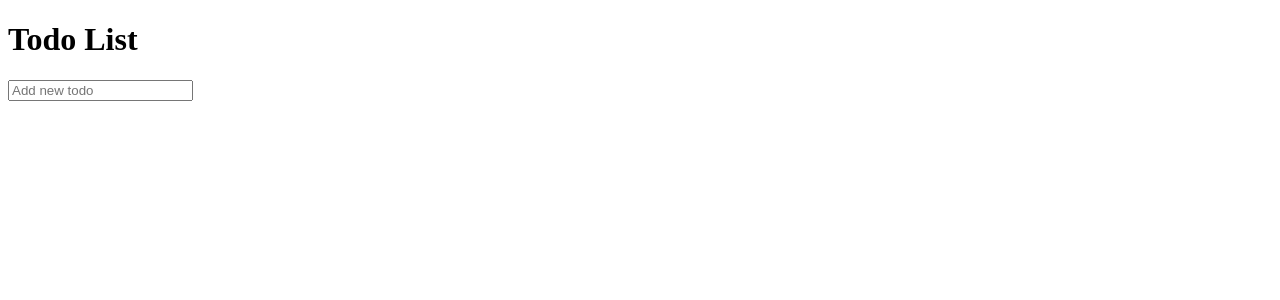
Repository: Tobby004/Todo-assignment
Page: / (app in todo-list-app/)
These files come from the project's save history. The page is drawn as it stood at one moment and after the next save; the edit follows.
The browser window is 1280 px wide. The pictures show the whole page.
The project was rebuilt for these pictures with package versions that can differ from the ones it lists, and the page was loaded fresh each time. Also part of the build but not shown: todo-list-app/vue.config.js.

Above is the page before, as saved 2023-12-06 15:41:54.

### todo-list-app/src/App.vue
<template>
  <div id="app">
    <h1>Todo List</h1>
    <input v-model="newTodo" @keyup.enter="addTodo" placeholder="Add new todo" class="input-field">
    <ul>
      <li v-for="(todo, index) in todos" :key="index" class="todo-item">
        <span>{{ todo }}</span>
        <button @click="editTodo(index)" class="edit-button">Edit</button>
        <button @click="deleteTodo(index)" class="delete-button">Delete</button>
      </li>
    </ul>
  </div>
</template>


<script>
export default {
  data() {
    return {
      todos: [],
      newTodo: '',
      editedTodoIndex: null,
    };
  },
  methods: {
    addTodo() {
      if (this.newTodo.trim() !== '') {
        if (this.editedTodoIndex !== null) {
          this.todos[this.editedTodoIndex] = this.newTodo;
          this.newTodo = '';
          this.editedTodoIndex = null;
        } else {
          this.todos.push(this.newTodo);
          this.newTodo = '';
        }
      }
    },
    editTodo(index) {
      this.newTodo = this.todos[index];
      this.editedTodoIndex = index;
    },
    deleteTodo(index) {
      this.todos.splice(index, 1);
    },
  },
};
</script>

<style scoped>
/* Add your CSS styles here */
</style>

Loaded but not shown: todo-list-app/public/index.html (common file); todo-list-app/src/main.js (common file)

After the next save:
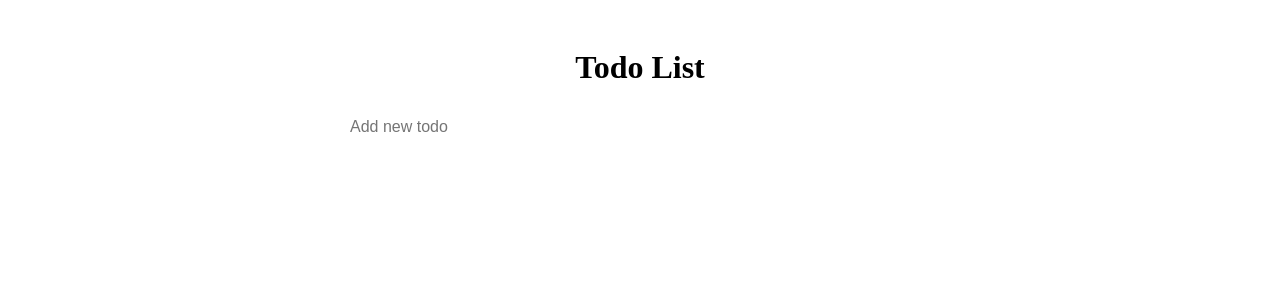
Saved 67 s later.
--- a/todo-list-app/src/App.vue
+++ b/todo-list-app/src/App.vue
@@ -47,5 +47,62 @@ export default {
 </script>
 
 <style scoped>
-/* Add your CSS styles here */
+/* Dark-themed styles */
+body {
+  margin: 0;
+  font-family: Arial, sans-serif;
+  background-color: #222;
+  color: #eee;
+}
+
+#app {
+  max-width: 600px;
+  margin: 0 auto;
+  padding: 20px;
+}
+
+h1 {
+  text-align: center;
+}
+
+.input-field {
+  width: 100%;
+  padding: 10px;
+  margin-bottom: 10px;
+  border: none;
+  border-radius: 5px;
+  font-size: 16px;
+}
+
+.todo-item {
+  display: flex;
+  align-items: center;
+  justify-content: space-between;
+  padding: 10px;
+  margin-bottom: 8px;
+  background-color: #333;
+  border-radius: 5px;
+  transition: background-color 0.3s ease;
+}
+
+.todo-item:hover {
+  background-color: #444;
+}
+
+.edit-button,
+.delete-button {
+  padding: 5px 10px;
+  border: none;
+  border-radius: 3px;
+  cursor: pointer;
+  transition: background-color 0.3s ease;
+}
+
+.edit-button:hover {
+  background-color: #3a7bd5;
+}
+
+.delete-button:hover {
+  background-color: #d9534f;
+}
 </style>
